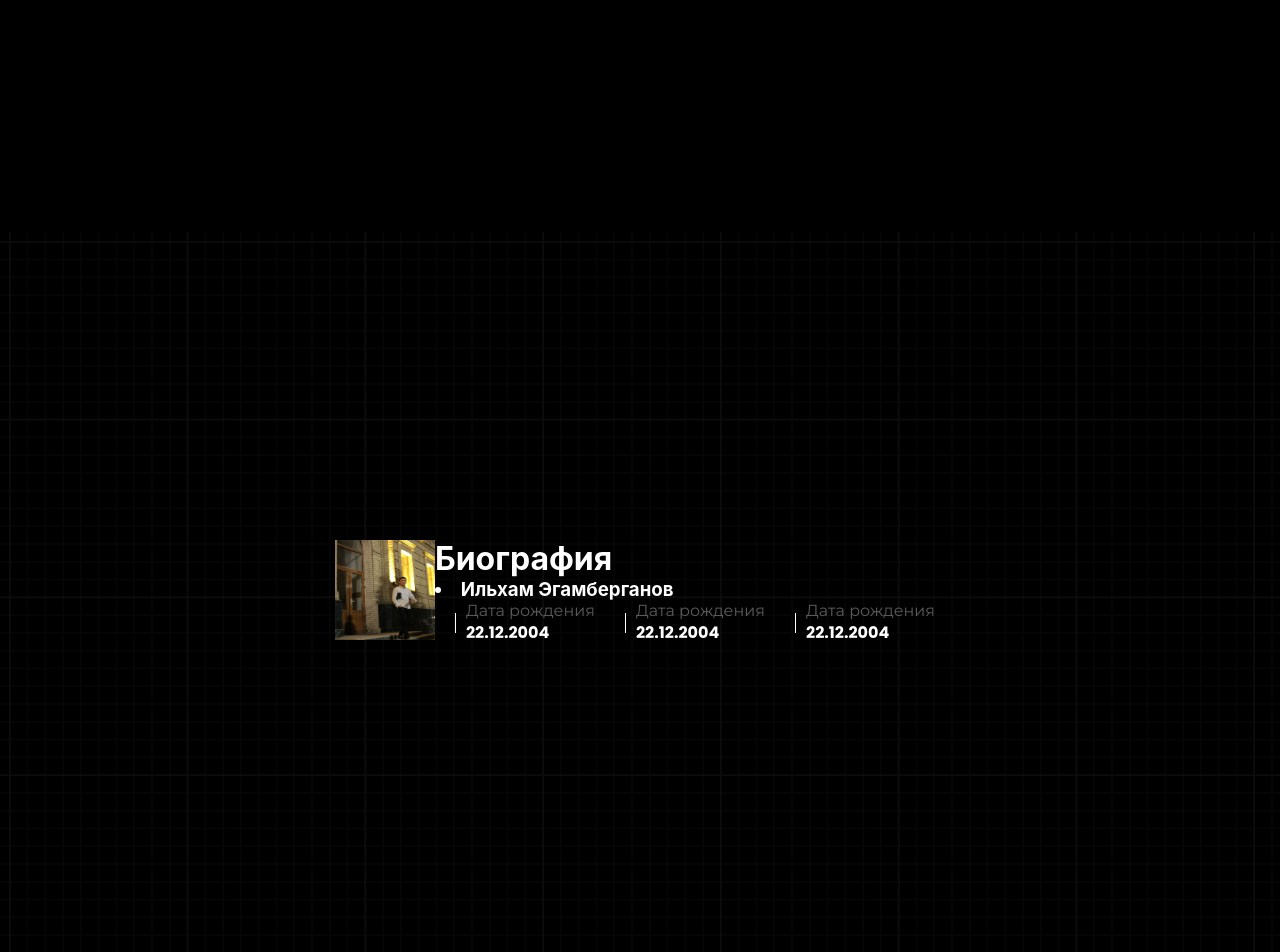
Repository: sardorexe/xishnik
Page: /
These files come from the project's save history. The page is drawn as it stood at one moment and after the next save; the edit follows.
The browser window is 1280 px wide. The pictures show the part of the page from y = 488 to 1440 px (the page is 1440 px tall).
Pictures or frames that could not be fetched are drawn as grey boxes. Some icons come from a web library that is not loaded, so they are not drawn. Some web libraries are served in a nearby version. The project was rebuilt for these pictures with package versions that can differ from the ones it lists, and the page was loaded fresh each time. Some packages were replaced by stand-ins written for this rebuild. The framework's server and built-in components were replaced by stand-ins that run in the browser. Also part of the build but not shown: next.config.js.

Above is the page before, as saved 2021-09-27 15:37:09.

After the next save:
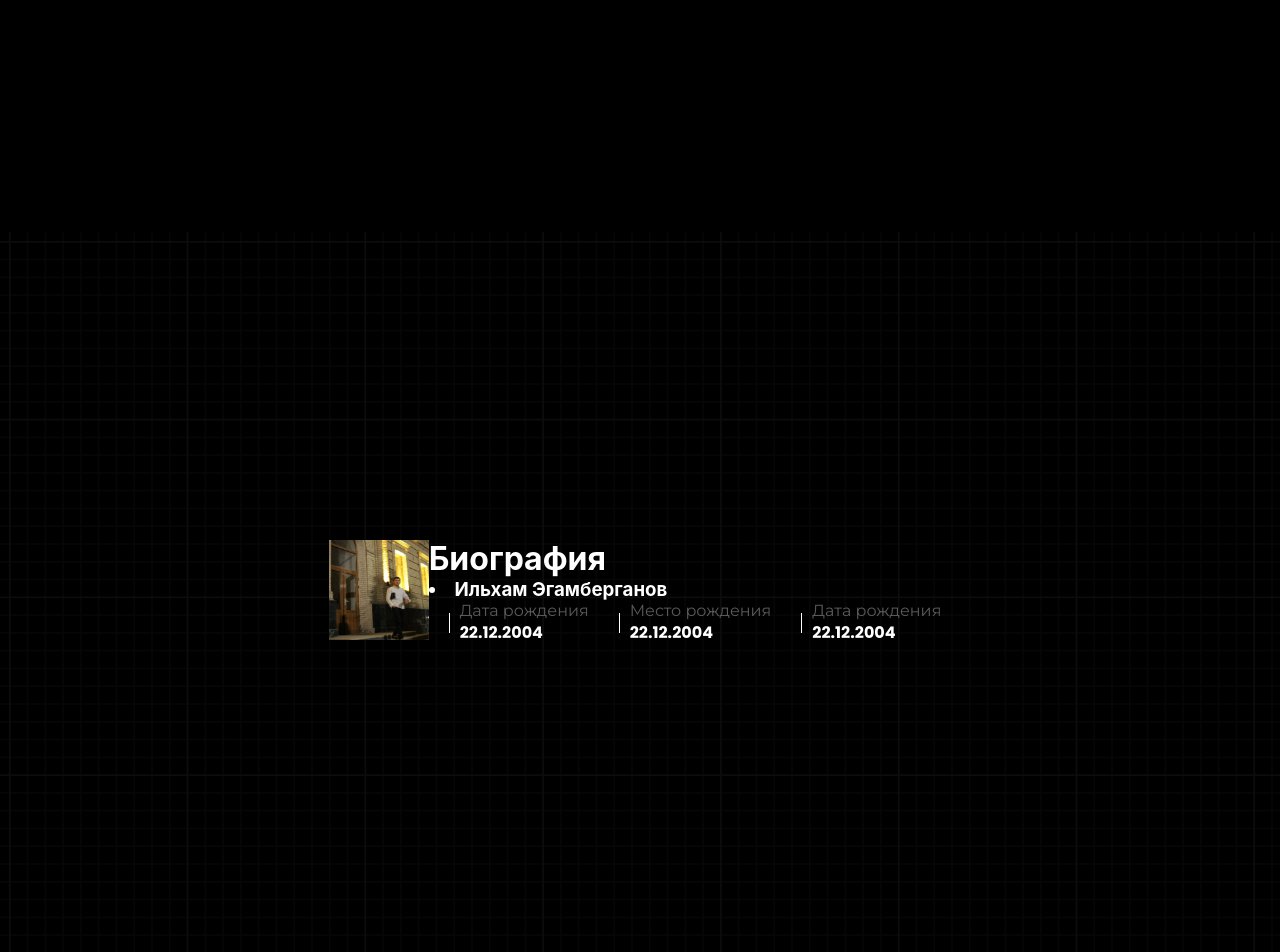
Saved 9 s later.
--- a/comps/Biography.js
+++ b/comps/Biography.js
@@ -26,7 +26,7 @@ export default function Biography() {
           />
           <AboutBox
             icon="fas fa-map-marker-alt"
-            title="Дата рождения"
+            title="Место рождения"
             content="22.12.2004"
           />
           <AboutBox
